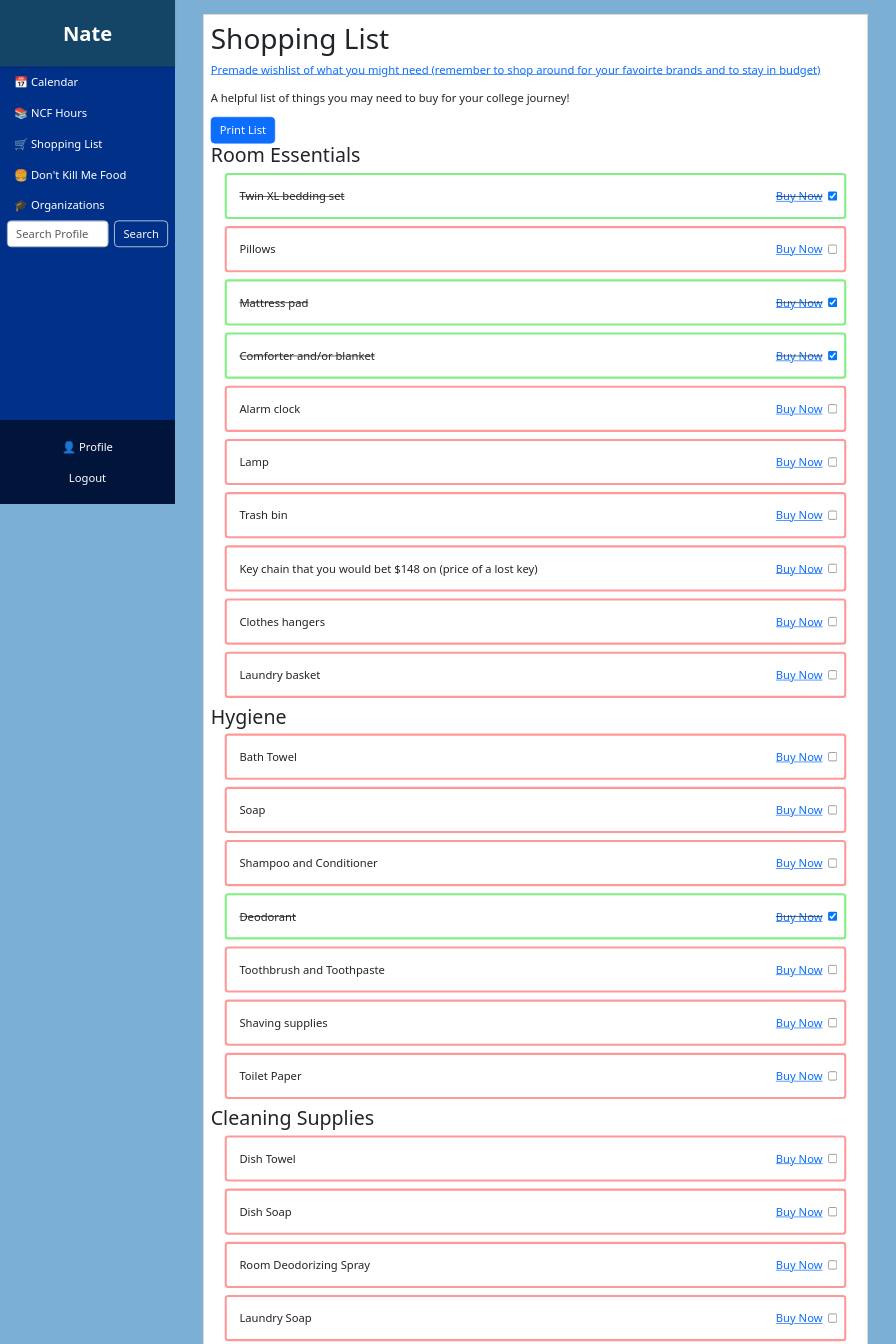
Repository: NateClarkTech/SoftwareEngineeringProject2
Page: http://localhost/shoppinglist/
An editor plug-in stored every save of this project. The page is shown before and after the next save, followed by the edit.
The browser window is 1280 px wide. The pictures show the part of the page from y = 0 to 1920 px (the page is 4413 px tall before and 4417 px after), at 70% of full size.
The page is served by the project's application, run on Django 5.2 (manage.py). The first stored user is signed in. The page reads the database file committed with the project.

Above is the page before, as saved 2024-03-12 17:59:33.

After the next save:
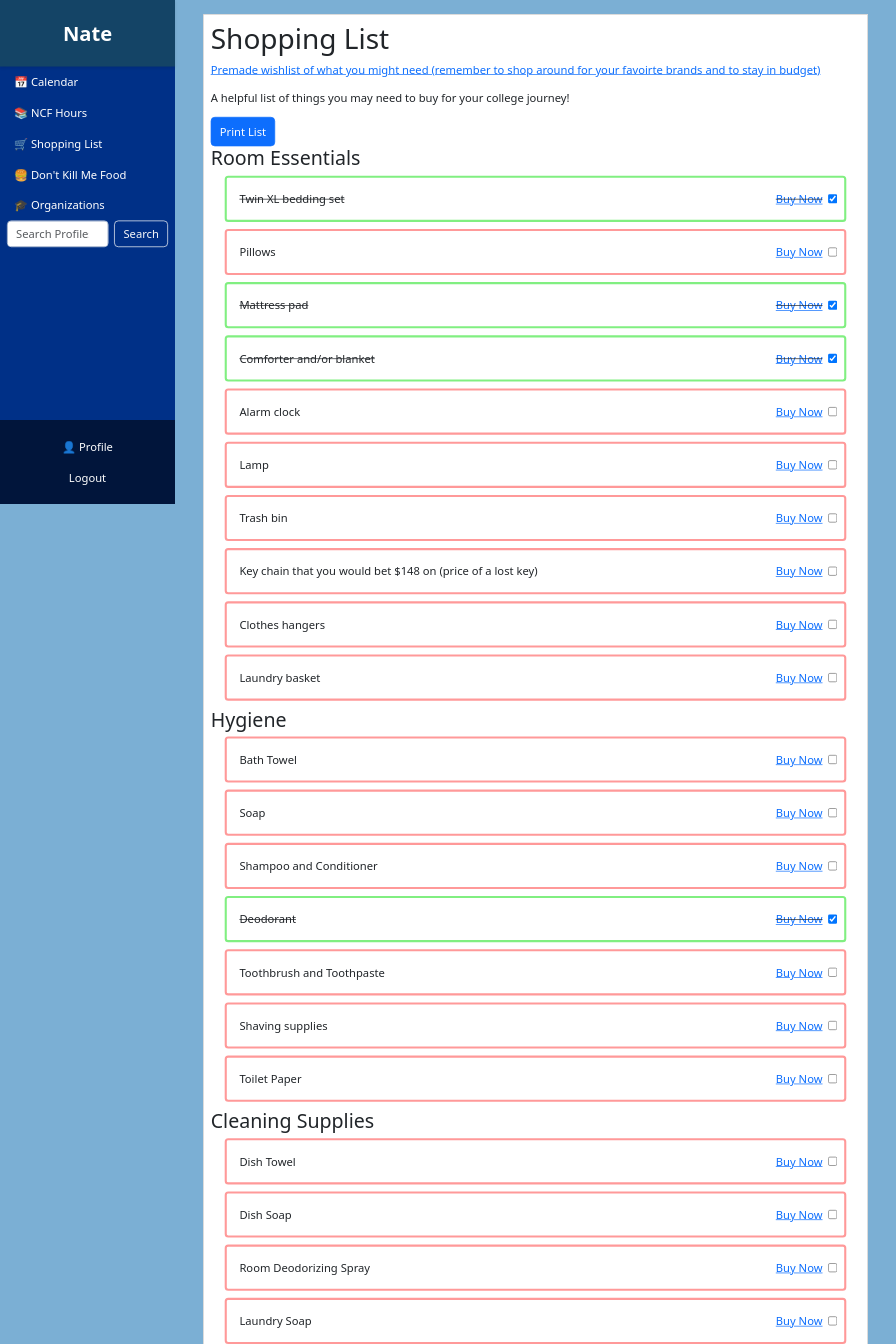
Saved 11 s later.
--- a/ShoppingList/templates/shoppinglist.html
+++ b/ShoppingList/templates/shoppinglist.html
@@ -38,7 +38,7 @@
         <h1>Shopping List</h1>
         <a href="https://www.amazon.com/hz/wishlist/ls/1MYC1SQ5AHTOC?ref_=wl_share" target="_blank">Premade wishlist of what you might need (remember to shop around for your favoirte brands and to stay in budget)</a>
         <p class="pt-3">A helpful list of things you may need to buy for your college journey!</p>
-        <button type="button" class="btn btn-primary">Print List</button>
+        <button type="button" class="btn btn-primary py-2">Print List</button>
         {% for category in itemCategories %}
             <h3>{{ category }}</h3>
             {% for item in shoppingItems %}
